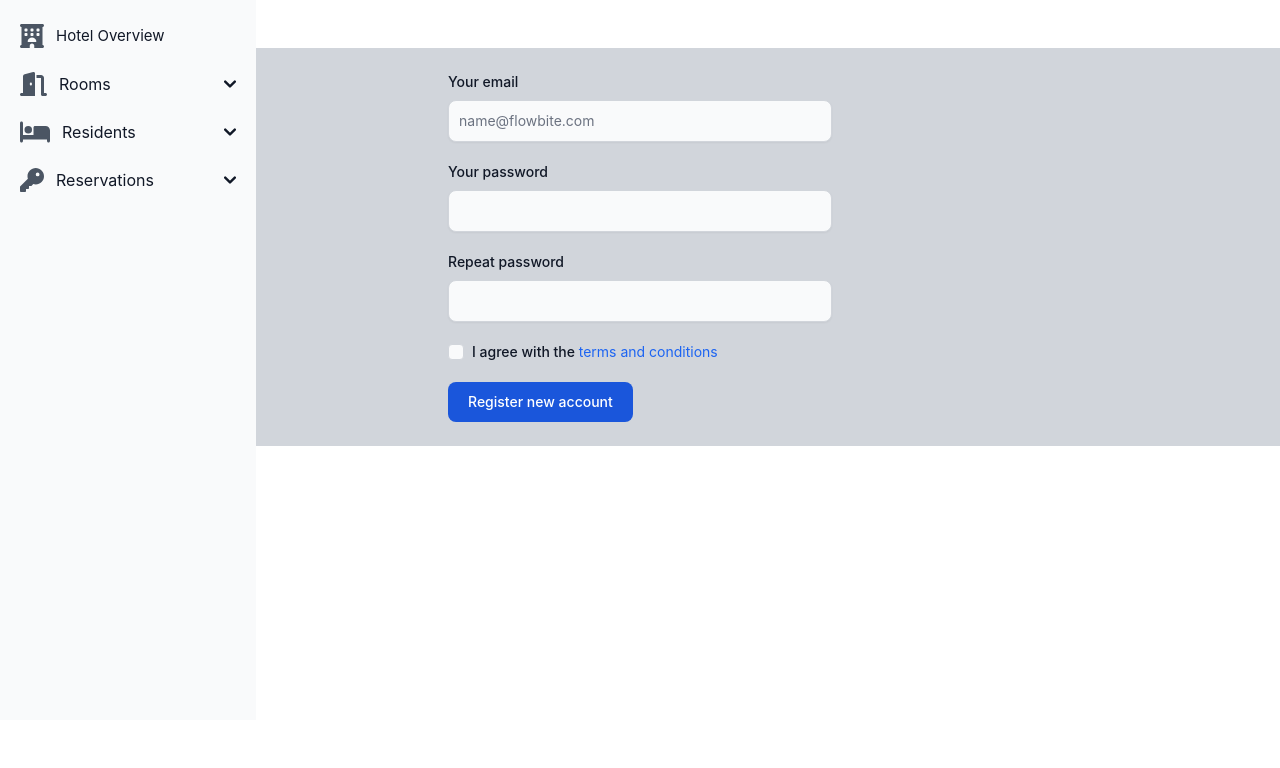
Repository: aggepap/hotelReservationsProj
Page: /rooms/add (app in admin-panel/)
An editor plug-in stored every save of this project. The page is shown before and after the next save, followed by the edit.
The browser window is 1280 px wide. The pictures show the whole page.
The project was rebuilt for these pictures with package versions that can differ from the ones it lists, and the page was loaded fresh each time. Also part of the build but not shown: admin-panel/vite.config.ts, admin-panel/src/views/HomeView.vue.

Above is the page before, as saved 2025-01-19 15:42:54.

### admin-panel/index.html
<!DOCTYPE html>
<html lang="">
  <head>
    <meta charset="UTF-8" />
    <link rel="icon" href="/favicon.ico" />
    <meta name="viewport" content="width=device-width, initial-scale=1.0" />
    <title>Vite App</title>
  </head>
  <body>
    <div id="app"></div>
    <script type="module" src="/src/main.ts"></script>
  </body>
</html>

### admin-panel/src/main.ts
import "./assets/main.css";
import "primeicons/primeicons.css";
import "flowbite";

import { createApp } from "vue";
import App from "./App.vue";
import router from "./router";

const app = createApp(App);

app.use(router);

app.mount("#app");

### admin-panel/src/assets/main.css
@import "./base.css";
@tailwind base;
@tailwind components;
@tailwind utilities;

### admin-panel/src/App.vue
<script setup lang="ts">
import { RouterLink, RouterView } from "vue-router";
import { FontAwesomeIcon } from "@fortawesome/vue-fontawesome";
import { faDoorOpen } from "@fortawesome/free-solid-svg-icons";
import { faHotel } from "@fortawesome/free-solid-svg-icons";
import { faBed } from "@fortawesome/free-solid-svg-icons";
import { faKey } from "@fortawesome/free-solid-svg-icons";
</script>

<template>
  <button
    data-drawer-target="sidebar-multi-level-sidebar"
    data-drawer-toggle="sidebar-multi-level-sidebar"
    aria-controls="sidebar-multi-level-sidebar"
    type="button"
    class="inline-flex items-center p-2 mt-2 ms-3 text-sm text-gray-500 rounded-lg sm:hidden hover:bg-gray-100 focus:outline-none focus:ring-2 focus:ring-gray-200 dark:text-gray-400 dark:hover:bg-gray-700 dark:focus:ring-gray-600"
  >
    <span class="sr-only">Open sidebar</span>
    <svg
      class="w-6 h-6"
      aria-hidden="true"
      fill="currentColor"
      viewBox="0 0 20 20"
      xmlns="http://www.w3.org/2000/svg"
    >
      <path
        clip-rule="evenodd"
        fill-rule="evenodd"
        d="M2 4.75A.75.75 0 012.75 4h14.5a.75.75 0 010 1.5H2.75A.75.75 0 012 4.75zm0 10.5a.75.75 0 01.75-.75h7.5a.75.75 0 010 1.5h-7.5a.75.75 0 01-.75-.75zM2 10a.75.75 0 01.75-.75h14.5a.75.75 0 010 1.5H2.75A.75.75 0 012 10z"
      ></path>
    </svg>
  </button>

  <aside
    id="sidebar-multi-level-sidebar"
    class="fixed top-0 left-0 z-40 w-64 h-screen transition-transform -translate-x-full sm:translate-x-0"
    aria-label="Sidebar"
  >
    <div class="h-full px-3 py-4 overflow-y-auto bg-gray-50 dark:bg-gray-800">
      <ul class="space-y-2 font-medium">
        <li>
          <a
            href="#"
            class="flex items-center p-2 text-gray-900 rounded-lg dark:text-white hover:bg-gray-100 dark:hover:bg-gray-700 group"
          >
            <FontAwesomeIcon class="text-gray-600 text-2xl" :icon="faHotel" />
            <span class="ms-3">Hotel Overview</span>
          </a>
        </li>
        <li>
          <button
            type="button"
            class="flex items-center w-full p-2 text-base text-gray-900 transition duration-75 rounded-lg group hover:bg-gray-100 dark:text-white dark:hover:bg-gray-700"
            aria-controls="dropdown-rooms"
            data-collapse-toggle="dropdown-rooms"
          >
            <FontAwesomeIcon
              class="text-gray-600 text-2xl"
              :icon="faDoorOpen"
            />

            <span class="flex-1 ms-3 text-left rtl:text-right whitespace-nowrap"
              >Rooms</span
            >
            <svg
              class="w-3 h-3"
              aria-hidden="true"
              xmlns="http://www.w3.org/2000/svg"
              fill="none"
              viewBox="0 0 10 6"
            >
              <path
                stroke="currentColor"
                stroke-linecap="round"
                stroke-linejoin="round"
                stroke-width="2"
                d="m1 1 4 4 4-4"
              />
            </svg>
          </button>
          <ul id="dropdown-rooms" class="hidden py-2 space-y-2">
            <li>
              <RouterLink
                to="/rooms/add"
                class="flex justify-start gap-2 items-start w-full p-2 text-gray-900 transition duration-75 rounded-lg pl-11 group hover:bg-gray-100 dark:text-white dark:hover:bg-gray-700"
              >
                <i class="pi pi-plus pt-1"></i> Add new Room</RouterLink
              >
            </li>
          </ul>
        </li>
        <li>
          <button
            type="button"
            class="flex items-center w-full p-2 text-base text-gray-900 transition duration-75 rounded-lg group hover:bg-gray-100 dark:text-white dark:hover:bg-gray-700"
            aria-controls="dropdown-residents"
            data-collapse-toggle="dropdown-residents"
          >
            <FontAwesomeIcon class="text-gray-600 text-2xl" :icon="faBed" />

            <span class="flex-1 ms-3 text-left rtl:text-right whitespace-nowrap"
              >Residents</span
            >
            <svg
              class="w-3 h-3"
              aria-hidden="true"
              xmlns="http://www.w3.org/2000/svg"
              fill="none"
              viewBox="0 0 10 6"
            >
              <path
                stroke="currentColor"
                stroke-linecap="round"
                stroke-linejoin="round"
                stroke-width="2"
                d="m1 1 4 4 4-4"
              />
            </svg>
          </button>
          <ul id="dropdown-residents" class="hidden py-2 space-y-2">
            <li>
              <a
                href="#"
                class="flex justify-start gap-2 items-start w-full p-2 text-gray-900 transition duration-75 rounded-lg pl-11 group hover:bg-gray-100 dark:text-white dark:hover:bg-gray-700"
              >
                <i class="pi pi-plus pt-1"></i> Add a Resident</a
              >
            </li>
          </ul>
        </li>
        <li>
          <button
            type="button"
            class="flex items-center w-full p-2 text-base text-gray-900 transition duration-75 rounded-lg group hover:bg-gray-100 dark:text-white dark:hover:bg-gray-700"
            aria-controls="dropdown-reservations"
            data-collapse-toggle="dropdown-reservations"
          >
            <FontAwesomeIcon class="text-gray-600 text-2xl" :icon="faKey" />

            <span class="flex-1 ms-3 text-left rtl:text-right whitespace-nowrap"
              >Reservations</span
            >
            <svg
              class="w-3 h-3"
              aria-hidden="true"
              xmlns="http://www.w3.org/2000/svg"
              fill="none"
              viewBox="0 0 10 6"
            >
              <path
                stroke="currentColor"
                stroke-linecap="round"
                stroke-linejoin="round"
                stroke-width="2"
                d="m1 1 4 4 4-4"
              />
            </svg>
          </button>
          <ul id="dropdown-reservations" class="hidden py-2 space-y-2">
            <li>
              <a
                href="#"
                class="flex justify-start gap-2 items-start w-full p-2 text-gray-900 transition duration-75 rounded-lg pl-11 group hover:bg-gray-100 dark:text-white dark:hover:bg-gray-700"
              >
                <i class="pi pi-plus pt-1"></i> Add a Reservation</a
              >
            </li>
          </ul>
        </li>
      </ul>
    </div>
  </aside>

  <main class="flex items-start w-full h-screen mt-12">
    <div class="mx-auto w-full max-w-screen-xl p-4 md:p-6 bg-gray-300">
      <RouterView />
    </div>
  </main>
</template>

### admin-panel/src/router/index.ts
import { createRouter, createWebHistory } from "vue-router";
import HomeView from "../views/HomeView.vue";
import AddRoomView from "@/views/roomviews/AddRoomView.vue";

const router = createRouter({
  history: createWebHistory(import.meta.env.BASE_URL),
  routes: [
    {
      path: "/",
      name: "home",
      component: HomeView,
    },
    {
      path: "/rooms/add",
      name: "addRoom",
      component: AddRoomView,
    },
    {
      path: "/about",
      name: "about",
      // route level code-splitting
      // this generates a separate chunk (About.[hash].js) for this route
      // which is lazy-loaded when the route is visited.
      component: () => import("../views/AboutView.vue"),
    },
  ],
});

export default router;

### admin-panel/src/views/roomviews/AddRoomView.vue
<script setup></script>

<template>
  <form class="max-w-sm mx-auto">
    <div class="mb-5">
      <label
        for="email"
        class="block mb-2 text-sm font-medium text-gray-900 dark:text-white"
        >Your email</label
      >
      <input
        type="email"
        id="email"
        class="shadow-sm bg-gray-50 border border-gray-300 text-gray-900 text-sm rounded-lg focus:ring-blue-500 focus:border-blue-500 block w-full p-2.5 dark:bg-gray-700 dark:border-gray-600 dark:placeholder-gray-400 dark:text-white dark:focus:ring-blue-500 dark:focus:border-blue-500 dark:shadow-sm-light"
        placeholder="name@flowbite.com"
        required
      />
    </div>
    <div class="mb-5">
      <label
        for="password"
        class="block mb-2 text-sm font-medium text-gray-900 dark:text-white"
        >Your password</label
      >
      <input
        type="password"
        id="password"
        class="shadow-sm bg-gray-50 border border-gray-300 text-gray-900 text-sm rounded-lg focus:ring-blue-500 focus:border-blue-500 block w-full p-2.5 dark:bg-gray-700 dark:border-gray-600 dark:placeholder-gray-400 dark:text-white dark:focus:ring-blue-500 dark:focus:border-blue-500 dark:shadow-sm-light"
        required
      />
    </div>
    <div class="mb-5">
      <label
        for="repeat-password"
        class="block mb-2 text-sm font-medium text-gray-900 dark:text-white"
        >Repeat password</label
      >
      <input
        type="password"
        id="repeat-password"
        class="shadow-sm bg-gray-50 border border-gray-300 text-gray-900 text-sm rounded-lg focus:ring-blue-500 focus:border-blue-500 block w-full p-2.5 dark:bg-gray-700 dark:border-gray-600 dark:placeholder-gray-400 dark:text-white dark:focus:ring-blue-500 dark:focus:border-blue-500 dark:shadow-sm-light"
        required
      />
    </div>
    <div class="flex items-start mb-5">
      <div class="flex items-center h-5">
        <input
          id="terms"
          type="checkbox"
          value=""
          class="w-4 h-4 border border-gray-300 rounded bg-gray-50 focus:ring-3 focus:ring-blue-300 dark:bg-gray-700 dark:border-gray-600 dark:focus:ring-blue-600 dark:ring-offset-gray-800 dark:focus:ring-offset-gray-800"
          required
        />
      </div>
      <label
        for="terms"
        class="ms-2 text-sm font-medium text-gray-900 dark:text-gray-300"
        >I agree with the
        <a href="#" class="text-blue-600 hover:underline dark:text-blue-500"
          >terms and conditions</a
        ></label
      >
    </div>
    <button
      type="submit"
      class="text-white bg-blue-700 hover:bg-blue-800 focus:ring-4 focus:outline-none focus:ring-blue-300 font-medium rounded-lg text-sm px-5 py-2.5 text-center dark:bg-blue-600 dark:hover:bg-blue-700 dark:focus:ring-blue-800"
    >
      Register new account
    </button>
  </form>
</template>

### admin-panel/tailwind.config.js
/** @type {import('tailwindcss').Config} */
export default {
  content: [
    "./index.html",
    "./src/**/*.{vue,js,ts,jsx,tsx}",
    "./node_modules/flowbite/**/*.js",
  ],
  theme: {
    extend: {},
  },
  plugins: [require("flowbite/plugin")],
};

Loaded but not shown: admin-panel/src/assets/base.css (common file)

After the next save:
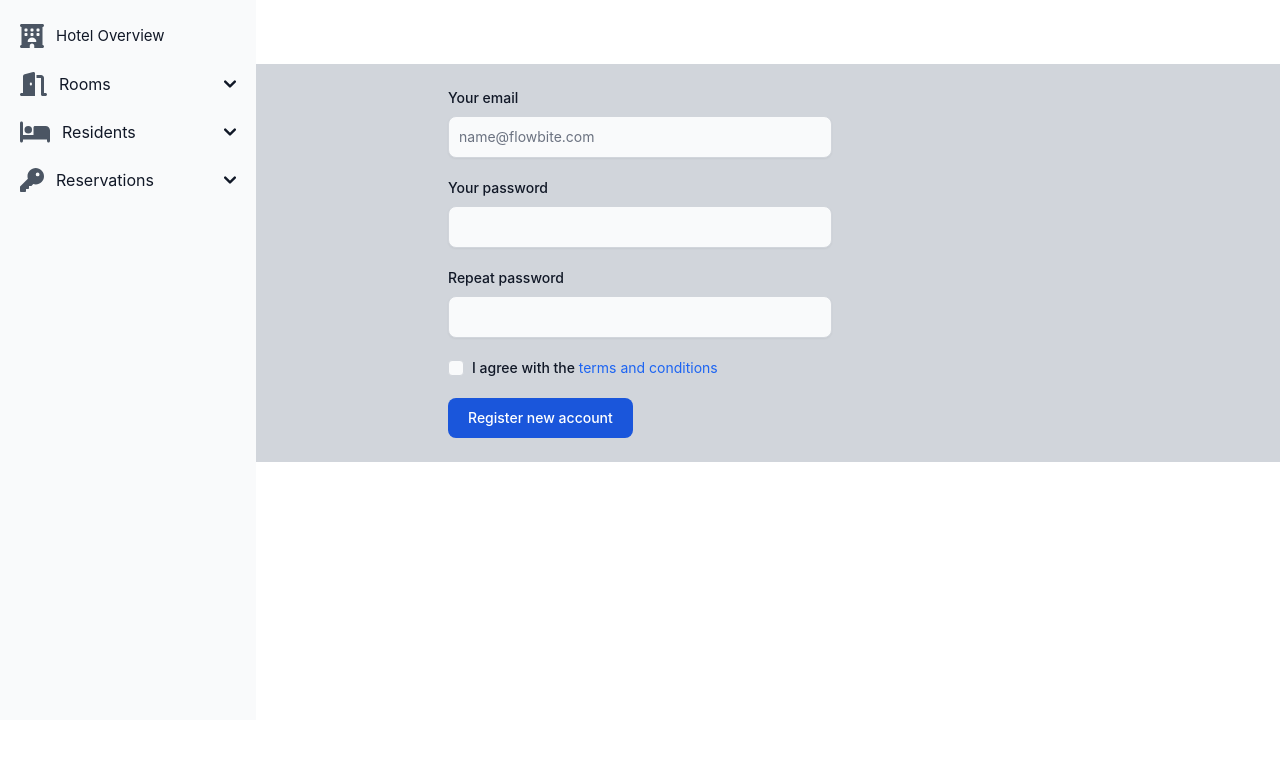
Saved 10 s later.
--- a/admin-panel/src/App.vue
+++ b/admin-panel/src/App.vue
@@ -172,7 +172,7 @@ import { faKey } from "@fortawesome/free-solid-svg-icons";
   </aside>
 
   <main class="flex items-start w-full h-screen mt-12">
-    <div class="mx-auto w-full max-w-screen-xl p-4 md:p-6 bg-gray-300">
+    <div class="mx-auto w-full max-w-screen-xl m-4 md:p-6 bg-gray-300">
       <RouterView />
     </div>
   </main>
